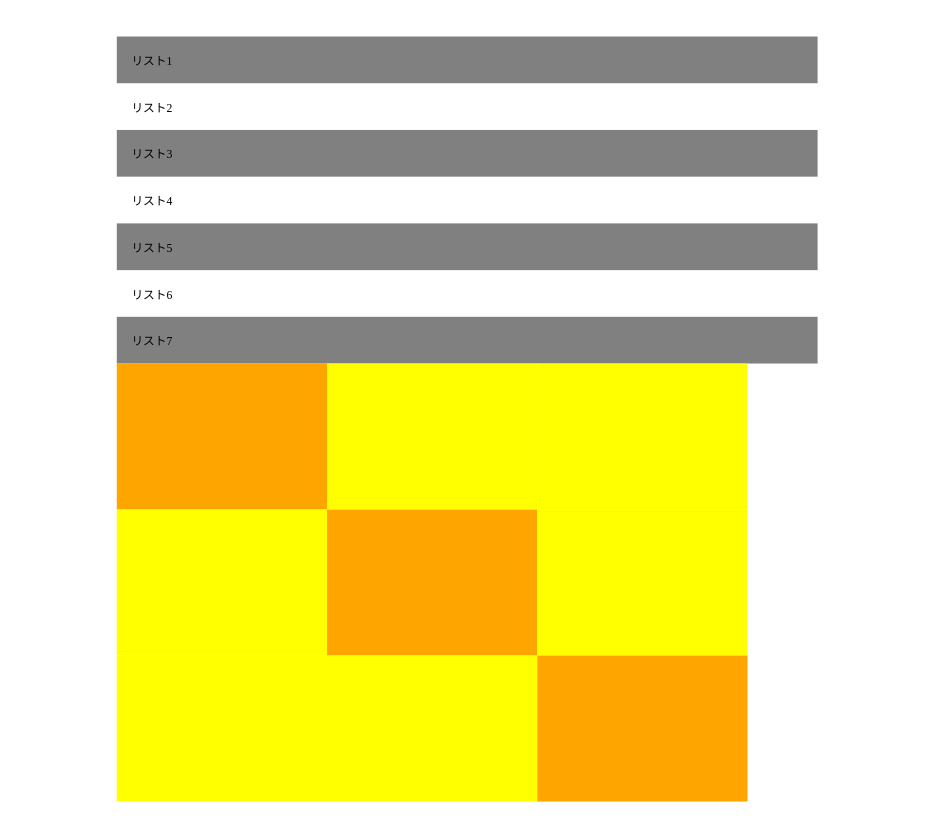
Repository: ryosei-110/HTML-CSS-
Page: 1-8exercise/1-8.html
The author's editor kept a record of every edit. The page is drawn from the files as they stood at one moment, then again after the next edit.
The browser window is 1280 px wide. The pictures show the whole page, at 73% of full size.

Above is the page before.

### 1-8exercise/1-8.html
<!DOCTYPE html>
<html lang="ja">
  <head>
    <meta charset="UTF-8" />
    <link rel="stylesheet" href="1-8.css" />
    <title>8章演習問題</title>
  </head>

  <body>
    <div class="main">
      <div class="list-type">
        <p class="list">リスト1</p>
        <p class="list">リスト2</p>
        <p class="list">リスト3</p>
        <p class="list">リスト4</p>
        <p class="list">リスト5</p>
        <p class="list">リスト6</p>
        <p class="list">リスト7</p>
      </div>

    <div class="box-location">
      <div class="box orange"></div>
      <div class="box yellow"></div>
      <div class="box yellow"></div>
      <div class="box yellow"></div>
      <div class="box orange"></div>
      <div class="box yellow"></div>
      <div class="box yellow"></div>
      <div class="box yellow"></div>
      <div class="box orange"></div>
    </div>
    </div>


  </body>
  </html>

### 1-8exercise/1-8.css
* {
  margin: 0;
  padding: 0;
  box-sizing: border-box;
}

.main {
  width: 960px;
  margin: 50px auto;
}

.list {
  padding: 20px;
}

.list {
  padding: 20px;
}

.list-type p:nth-child(odd) {
  background-color: gray;
}

.box-location {
  display: flex;
  flex-wrap: wrap;
}

.box {
  width: 30%;
  height: 200px;
}

.box:nth-child(1 2 3) {
  margin-top: 50px;
}

.box:nth-child(7 8 9) {
  margin-bottom: 50px;
}



.orange {
  background-color: orange;
}

.yellow {
  background-color: yellow;
}

After the next edit:
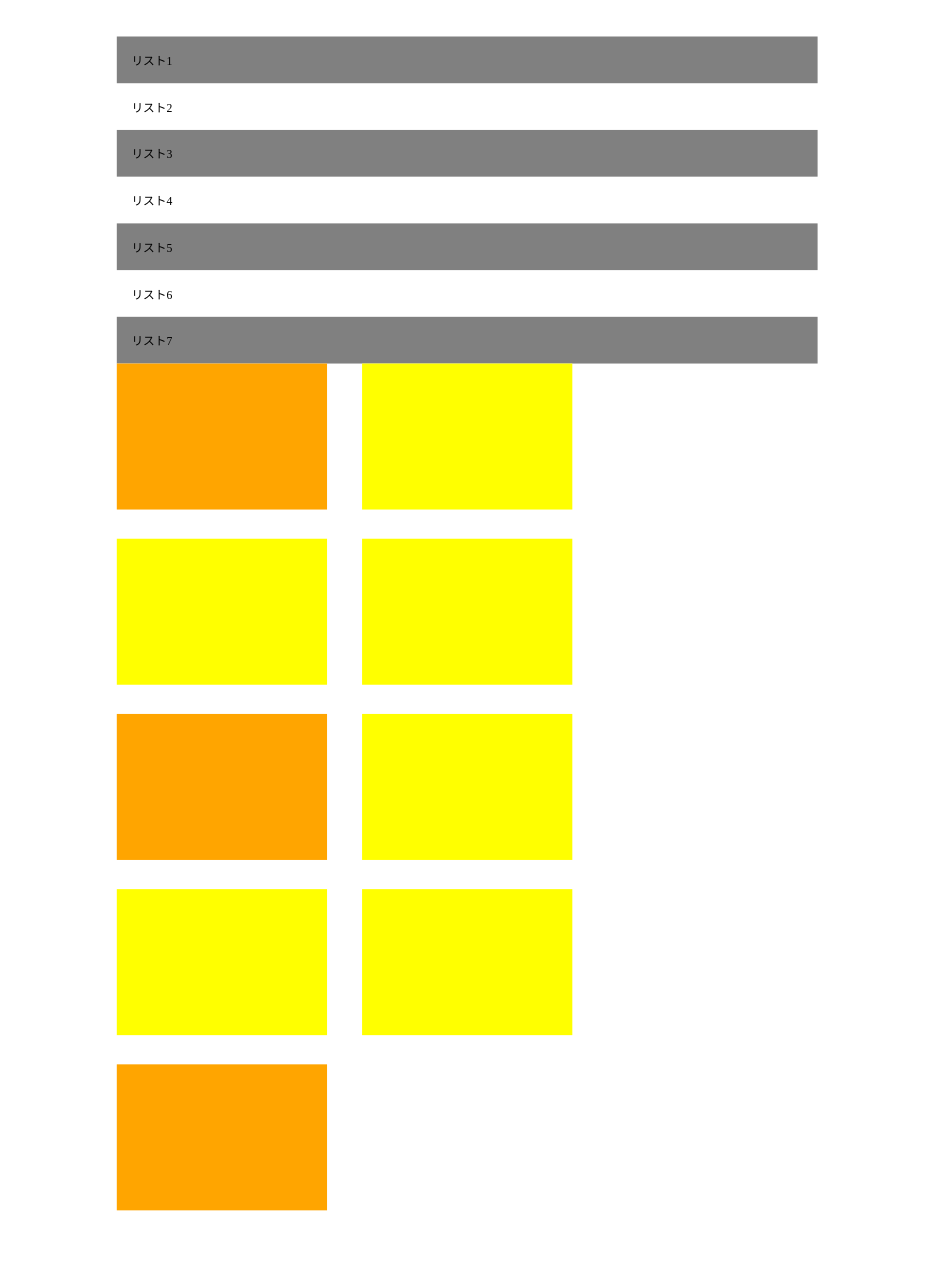
The edit:
--- a/1-8exercise/1-8.css
+++ b/1-8exercise/1-8.css
@@ -29,6 +29,8 @@
 .box {
   width: 30%;
   height: 200px;
+  margin-bottom: 40px;
+  margin-right: 5%;
 }
 
 .box:nth-child(1 2 3) {
